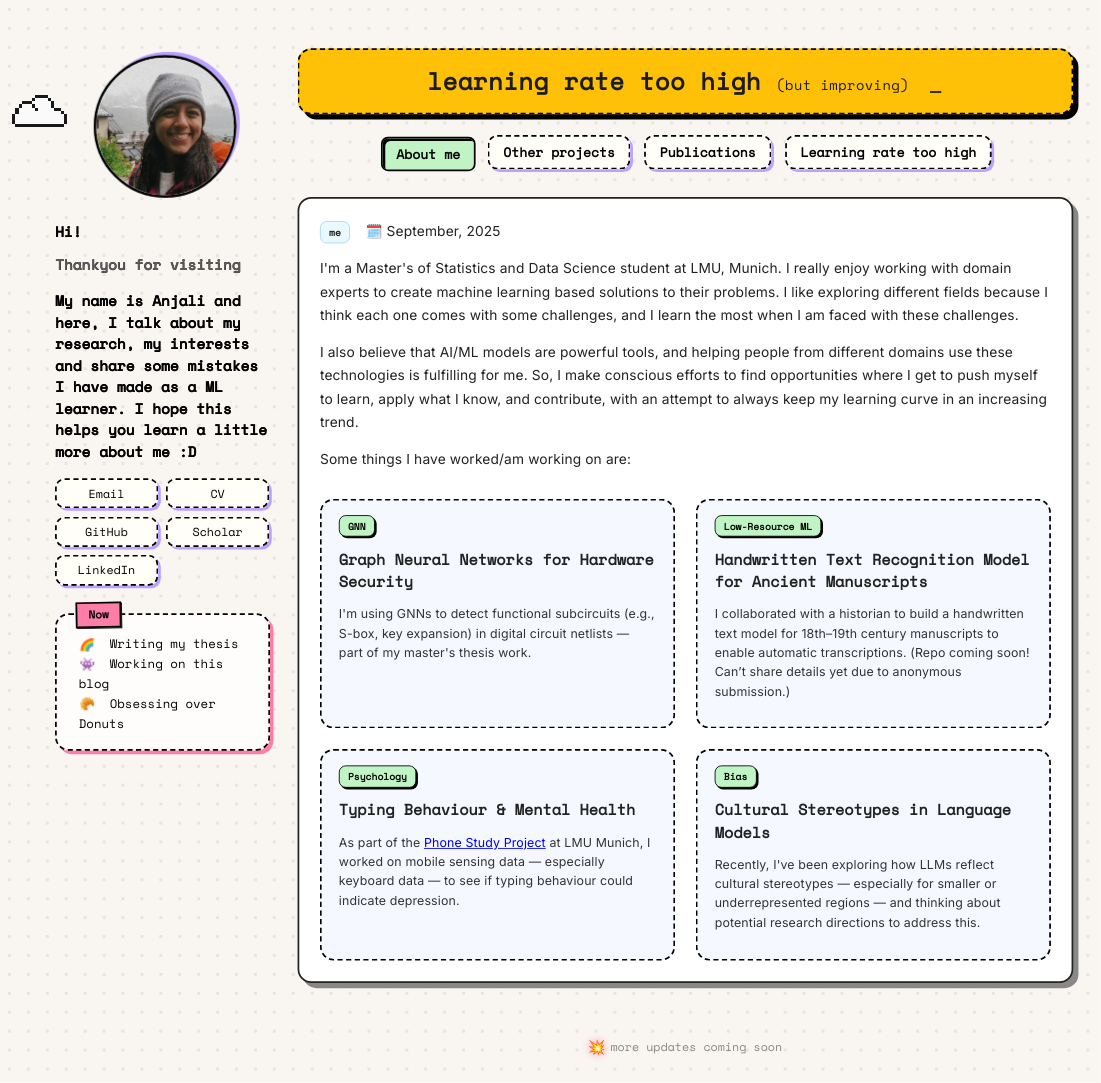
Repository: anjalisarawgi/learning_rate_too_high
Page: index.html
The author's editor kept a copy of each file at every save. The page is drawn from the files as they stood at one save, then again after the next save.
The browser window is 1280 px wide. The pictures show the whole page, at 86% of full size.

Above is the page before, as saved 2025-11-04 15:04:46.

### index.html
<!DOCTYPE html>
<html lang="en">
<head>
  <meta charset="UTF-8" />
  <meta name="viewport" content="width=device-width, initial-scale=1.0" />
  <meta name="title" content="Learning Rate Too High – Machine Learning Mistakes by Anjali Sarawgi">
  <meta name="description" content="A lighthearted blog documenting my ML experiments, mistakes, and lessons learned.">
  <meta name="author" content="Anjali Sarawgi">
  <meta name="robots" content="index, follow">
  <link rel="canonical" href="https://anjalisarawgi.github.io/learning_rate_too_high/">
  <title>learning rate too high</title>
  <!-- <link href="https://fonts.googleapis.com/css2?family=Space+Mono&family=Press+Start+2P&display=swap" rel="stylesheet"> -->
  <link href="https://fonts.googleapis.com/css2?family=Space+Mono&family=Press+Start+2P&family=Inter&display=swap" rel="stylesheet">
  <style>
    body {
      font-family: 'Space Mono', monospace;
      background-color: #F9F6F2;
      margin: 0;
      padding: 2rem;
      /* background-image: radial-gradient(#ebe9e9 2px, transparent 1px); */
      /* background-image: radial-gradient(#E0DBD2 2px, transparent 2px); */
      /* background-size: 22px 22px; */
      background-image: radial-gradient(#E8E4DE 2px, transparent 2px);
  background-size: 22px 22px;
    }

    header {
      background: #FFC107;
      color: #1C1C1C;
      padding: 1rem 2rem;
      font-size: 1.75rem;
      font-weight: 700;
      font-family: 'Space Mono', monospace;
      border: 2px dashed #000;
      border-radius: 1rem;
      box-shadow: 6px 6px 0 #000;
      max-width: 900px;
      margin: 1.5rem auto;
      text-align: center;
      letter-spacing: 0.5px;
      transition: all 0.2s ease;

    }

    .cursor {
      display: inline-block;
      margin-left: 0.3rem;
      animation: blink 1s steps(2, start) infinite;
      font-weight: 400;
    }

    @keyframes blink {
      to {
        visibility: hidden;
      }
    }

    nav {
      display: flex;
      justify-content: center;
      gap: 2rem;
      margin: 1.5rem 0;
      flex-wrap: wrap;
    }

    nav a {
  text-decoration: none;
  color: #000;
  font-weight: bold;
  border-bottom: 2px dashed #000;
  padding: 0.25rem 0.5rem;
  transition: all 0.2s ease;
}

nav a:hover {
  background: #A9E6AE; /* slightly darker green */
  border-radius: 0.5rem;
  transform: scale(1.05);
}

nav a.active {
  background: #C1F4C5; /* light green */
  border-radius: 0.5rem;
  font-weight: 700;
  box-shadow: inset 0 -2px 4px rgba(0,0,0,0.1);
}

    .card {
      background: #fff;
      border: 2px solid #222;
      border-radius: 1rem;
      box-shadow: 6px 6px 0 #888;
      padding: 1.5rem;
      margin: 2rem auto;
      max-width: 900px;
      transition: all 0.2s ease;


    }

    /* .card:hover {
      box-shadow: 8px 8px 0 #aaa;
      transform: translate(-2px, -2px);
    } */

    .card h2 {
      margin-top: 0;
      color: #222;
    }

    .card small {
      color: #555;
    }

    .tag {
      display: inline-block;
      background: #EAF8FF;
      color: #1C1C1C;
      border: 1px solid #A1D8FF;
      font-size: 0.7rem;
      font-weight: bold;
      padding: 0.2rem 0.6rem;
      margin-right: 0.5rem;
      border-radius: 0.5rem;
    }

    .footer-cta {
      text-align: center;
      margin-top: 4rem;
      font-size: 1rem;
    }


/*
.now-block:hover {
  transform: translate(-2px, -2px);
  box-shadow: 6px 6px 0 #ffccb6;
  background: #fff4f0;
} */
    footer {
      text-align: center;
      margin-top: 4rem;
      color: #888;
      font-size:
       0.85rem;
    }

    .intro-bold {
      font-weight: 700;
      font-size: 1.05rem;
      /* color: #111; */
      text-shadow: 0.1px 0.1px #111
    }
    .cute-photo {
  width: 160px;
  height: 160px;
  object-fit: cover;
  border: 3px solid #000;
  box-shadow: 4px 4px 0 #bca2ff;
  /* box-shadow: 4px 4px 0 #a2d2ff; soft blue shadow */
    /* box-shadow: 4px 4px 0 #f4a7a0; pastel red shadow */
  background-color: #fff8e1;
  background: radial-gradient(circle at 30% 30%, #fff8e1 0%, #f2e3ff 80%);
  border-radius: 50%;
  margin: 0 auto 1.5rem auto;
  display: block;

  /* Proper flower mask pattern */
  mask: radial-gradient(circle at center, black 60%, transparent 61%)
        repeat-conic-gradient(black 0deg 20deg, transparent 20deg 40deg);
  -webkit-mask: radial-gradient(circle at center, black 60%, transparent 61%)
                repeat-conic-gradient(black 0deg 20deg, transparent 20deg 40deg);
  mask-composite: intersect;
  -webkit-mask-composite: destination-in;

  transition: transform 0.3s ease;
  transform: rotate(-90deg);
}

.pumpkin-mascot {
  position: fixed;
  bottom: 20px;
  right: 20px;
  width: 60px;
  image-rendering: pixelated; /* keeps that crisp pixel look */
  z-index: 1000;
  transition: transform 0.3s ease;
}
.pumpkin-mascot:hover {
  transform: rotate(8deg) scale(1.1);
}


.profile-photo {
  position: relative;
  z-index: 2;  /* photo stays in front */
  width: 200px; /* adjust to your photo size */
  border-radius: 12px;
}

.photo-container {
  position: relative;
  width: 160px;      /* match your photo size */
  height: 160px;
  margin: 0 auto 2rem auto;
}

.cute-photo {
  position: relative;
  z-index: 2;         /* bring photo above */
  width: 160px;
  height: 160px;
  object-fit: cover;
  border: 3px solid #000;
  box-shadow: 4px 4px 0 #bca2ff;
  background-color: #fff8e1;
  background: radial-gradient(circle at 30% 30%, #fff8e1 0%, #f2e3ff 80%);
  border-radius: 50%;
  display: block;
  margin: 0 auto;
  transition: transform 0.3s ease;
  transform: rotate(-90deg);
}

.cloud-behind {
  position: absolute;
  top: 20px;
  left: -100px;
  width: 120px;
  z-index: 1;          /* this ensures it’s BEHIND the photo */
  image-rendering: pixelated;
  animation: floatCloud 18s ease-in-out infinite;
  opacity: 0.8;
  pointer-events: none; /* prevents blocking clicks on the photo */
}

@keyframes floatCloud {
  0% {
    transform: translateX(-60px);
    opacity: 0.6;
  }
  25% {
    transform: translateX(0);
    opacity: 0.9;
  }
  50% {
    transform: translateX(60px);
    opacity: 0.9;
  }
  75% {
    transform: translateX(0);
    opacity: 0.8;
  }
  100% {
    transform: translateX(-60px);
    opacity: 0.6;
  }
}


.emoji {
  display: inline-block;
  animation: emojiWiggle 1.5s infinite ease-in-out;
  transform-origin: center;
}

@keyframes emojiWiggle {
  0%, 100% {
    transform: rotate(0deg);
  }
  25% {
    transform: rotate(8deg);
  }
  50% {
    transform: rotate(-8deg);
  }
  75% {
    transform: rotate(4deg);
  }
}

.cute-photo:hover {
  box-shadow: 0 0 10px rgba(188, 162, 255, 0.4);
  transform: scale(1.05);
}
    /* .cute-photo:hover {
  transform: rotate(2deg) scale(1.05);
  transition: all 0.3s ease;
} */
    /* Make text inside .card paragraphs and lists use Inter instead of Space Mono */
/* Card body text with smaller, cleaner font */
.card p,
.card li,
.card small {
  font-family: 'Inter', sans-serif;
  font-size: 1rem;           /* ↑ from 0.85rem */
  line-height: 1.7;          /* better readability */
  color: #222;               /* darker text for contrast */
  letter-spacing: 0.01rem;   /* subtle polish */
}

/* Card headings stay Space Mono */
.card h2 {
  font-family: 'Space Mono', monospace;
  font-size: 1.3rem;         /* Optional: Slightly smaller heading too */
}
ul li {
  margin-bottom: 0.7rem; /* adjust value as needed */
  line-height: 1.6; /* optional: improves readability */
}
.project-card {
  background: #F5F9FF;
  border: 2px dashed #000;
  border-radius: 1rem;
  /* box-shadow: 2px 2px 0 #000; */
  padding: 1rem 1.25rem;
  margin: 0;
  transition: all 0.25s ease;
}


.project-card:hover {
  transform: translate(-2px, -2px);
  box-shadow: 4px 4px 0 #666;
  background: #eff5ff;
}

.project-card h4 {
  font-family: 'Space Mono', monospace;
  font-size: 1.1rem;
  margin: 0.4rem 0;
  color: #222;
}

.project-card p {
  font-family: 'Inter', sans-serif;
  font-size: 0.9rem;
  line-height: 1.55;
  color: #333;
}

.project-card .tag {
  display: inline-block;
  background: #C1F4C5;
  border: 1px solid #000;
  border-radius: 0.5rem;
  font-size: 0.7rem;
  font-weight: bold;
  padding: 0.2rem 0.6rem;
  margin-bottom: 0.4rem;
  color: #000;
  box-shadow: 2px 2px 0 #000;
}

.projects-section {
  display: grid;
  grid-template-columns: repeat(auto-fit, minmax(320px, 1fr));
  gap: 1.5rem;
  margin-top: 2rem;
}
.projects-section h3 {
  font-family: 'Space Mono', monospace;
  font-size: 1.2rem;
  margin-top: 2rem;
  color: #222;
  text-shadow: 1px 1px #fff;
}

footer .boom {
  display: inline-block;
  animation: boomPulse 2s infinite;
  filter: drop-shadow(0 0 4px rgba(255, 0, 0, 0.4));
}

@keyframes boomPulse {
  0%, 100% { transform: scale(1); }
  50% { transform: scale(1.2); }
}

.contact-links {
  display: flex;
  flex-wrap: wrap;
  gap: 0.6rem;
  margin: 1.2rem 0;
}

.contact-links a {
  display: inline-block;
  text-decoration: none;
  color: #000;
  background: #fffef7;
  border: 2px dashed #000;
  border-radius: 0.7rem;
  padding: 0.35rem 0.8rem;
  font-family: 'Space Mono', monospace;
  font-size: 0.85rem;
  box-shadow: 3px 3px 0 #bca2ff;
  transition: all 0.2s ease;
  text-align: center;
  min-width: 90px;
}

.contact-links a:hover {
  background: #C1F4C5;
  box-shadow: 4px 4px 0 #000;
  transform: translate(-2px, -2px);
}

.contact-links a span {
  margin-right: 0.4rem;
  font-size: 0.9rem;
  vertical-align: middle;
}
.now-block {
  position: relative;
  background: #fffdfc;
  border: 2px dashed #000;
  border-radius: 1rem;
  box-shadow: 4px 4px 0 #FB7DA8;
  padding: 1.4rem 1.6rem 1.2rem 1.6rem;
  margin-top: 2rem;
  font-family: 'Space Mono', monospace;
  font-size: 0.9rem;
  color: #000;
  transition: all 0.25s ease;
  max-width: 220px; /* keeps it compact */
}

/* .now-block:hover {
  transform: translate(-2px, -2px);
  box-shadow: 6px 6px 0 #000;
  background: #fff8e7;
} */

/* "Now" tab — fixed placement and better sizing */
.now-block::before {
  content: "Now";
  position: absolute;
  top: -0.9rem;
  left: 1.4rem;
  background: #FB7DA8;
  border: 2px solid #000;
  /* border-radius: 6px 6px 0 0; */
  padding: 0.2rem 0.8rem 0.25rem;
  font-size: 0.8rem;
  font-weight: bold;
  box-shadow: 1px 1px 0 #000;
  transform: rotate(-1deg);
}

/* List styling */
.now-block p {
  margin: 0;
  line-height: 1.6;
  text-align: left;
}

.now-block .emoji {
  margin-right: 0.5rem;
  display: inline-block;
  width: 1.2rem;
  text-align: center;
}

nav {
  display: flex;
  justify-content: center;
  gap: 1rem;
  margin: 1.5rem 0 2rem 0;
  flex-wrap: wrap;
}

nav a {
  position: relative;
  text-decoration: none;
  color: #000;
  background: #fffef7;
  border: 2px dashed #000;
  border-radius: 0.7rem;
  padding: 0.45rem 1rem;
  font-family: 'Space Mono', monospace;
  font-weight: 600;
  font-size: 0.95rem;
  box-shadow: 3px 3px 0 #bca2ff;
  transition: all 0.2s ease;
}

nav a:hover {
  background: #E0FFEA; /* subtle green tone */
  box-shadow: 4px 4px 0 #000;
  transform: translate(-2px, -2px);
}

nav a.active {
  background: #C1F4C5;
  border: 2px solid #000;
  box-shadow: inset 3px 3px 0 #000;
  transform: translate(2px, 2px);
}

/* Optional: little pixel spark animation on hover */
nav a::after {
  content: "✦";
  position: absolute;
  top: -8px;
  right: -10px;
  opacity: 0;
  transform: scale(0.5);
  transition: all 0.3s ease;
  font-size: 0.8rem;
}

nav a:hover::after {
  opacity: 1;
  transform: scale(1);
}
  </style>
</head>
<body>
  <div style="display: flex; max-width: 1400px; margin: 0 auto;">
    <aside style="width: 250px; padding: 2rem; font-family: 'Space Mono', monospace;">
      <!-- <img
      src="myphoto2.jpeg"
      alt="Anjali Sarawgi"
      class="cute-photo"> -->
      <div class="photo-container">
        <img src="cloud_image.png" alt="Cloud mascot" class="cloud-behind">
        <img src="myphoto2.jpeg" alt="Anjali photo" class="cute-photo">
      </div>
      <h2 class="intro-bold" style="margin-top: 0;">Hi!</h2>
      <h3 class="intro-bold" style="margin-top: 0; color: #5a5a5a;">Thankyou for visiting</h3>
      <p class="intro-bold">
        My name is <strong>Anjali</strong> and here, I talk about my research, my interests and share some mistakes I have made as a ML learner. I hope this helps you learn a little more about me :D
      </p>
      <div class="contact-links">
        <a href="mailto:anjali.sarawgi9@gmail.com">Email</a>
        <a href="cv.pdf" target="_blank">CV</a>
        <a href="https://github.com/anjalisarawgi" target="_blank">GitHub</a>
        <a href="https://scholar.google.com/citations?user=S54iOkAAAAAJ&hl=en" target="_blank">Scholar</a>
        <a href="https://www.linkedin.com/in/anjali-sarawgi/" target="_blank">LinkedIn</a>
      </div>
      <!-- <a href="mailto:anjali.sarawgi9@gmail.com" style="display: flex; align-items: center; gap: 0.4rem; text-decoration: none; color: #000;"> -->
        <!-- Email Icon -->
        <!-- <svg xmlns="http://www.w3.org/2000/svg" width="16" height="16" fill="currentColor" viewBox="0 0 24 24">
          <path d="M2 4h20v16H2V4zm2 2v.511l8 5.334 8-5.334V6H4zm0 2.489V18h16V8.489l-8 5.333-8-5.333z"/>
        </svg>
        <span>Email</span>
      </a> -->


      <!-- GitHub -->
      <!-- <a href="https://github.com/anjalisarawgi" target="_blank" style="display: flex; align-items: center; gap: 0.4rem; text-decoration: none; color: #000;">
        <svg xmlns="http://www.w3.org/2000/svg" width="16" height="16" fill="currentColor" viewBox="0 0 24 24">
          <path d="M12 0C5.37 0 0 5.37 0 12a12 12 0 008.21 11.43c.6.11.82-.26.82-.58v-2.02c-3.34.73-4.04-1.61-4.04-1.61-.55-1.38-1.35-1.75-1.35-1.75-1.1-.76.08-.74.08-.74 1.22.09 1.87 1.25 1.87 1.25 1.08 1.85 2.84 1.31 3.54 1 .11-.79.42-1.31.76-1.61-2.66-.3-5.47-1.33-5.47-5.91 0-1.31.47-2.38 1.24-3.22-.12-.3-.54-1.52.12-3.17 0 0 1-.32 3.29 1.23A11.45 11.45 0 0112 6.84c1.02.01 2.04.14 3 .42 2.29-1.55 3.29-1.23 3.29-1.23.66 1.65.24 2.87.12 3.17.77.84 1.24 1.91 1.24 3.22 0 4.6-2.82 5.61-5.5 5.91.43.37.81 1.09.81 2.21v3.27c0 .32.22.69.83.57A12 12 0 0024 12c0-6.63-5.37-12-12-12z"/>
        </svg>
        <span>GitHub</span>
      </a> -->



      <div class="now-block">
        <!-- <h3>Now</h3> -->
        <!-- <p>🌈 Writing my thesis<br>👾 Working on this blog <br>🥐 Obsessing over Donuts</p> -->
        <p>
          <span class="emoji">🌈</span> Writing my thesis<br>
          <span class="emoji">👾</span> Working on this blog<br>
          <span class="emoji">🥐</span> Obsessing over Donuts
        </p>
      </div>
    </aside>

    <main style="flex: 1;">
      <header>learning rate too high  <span style="font-size: 1rem; font-weight: 400;">(but improving)</span>
      <span class="cursor">_</span></header>
      <nav>
        <a href="#" data-tab="about" class="active" >About me</a>
        <a href="#" data-tab="other-projects">Other projects</a>
        <a href="#" data-tab="publications">Publications</a>
        <a href="#" data-tab="learning-rate-too-high">Learning rate too high</a>
        <!-- <a href="#" data-tab="loss-infinity">mistakes!</a> -->
        <!-- <a href="#" data-tab="raw-text">uncertainity?</a> -->
        <!-- <a href="#" data-tab="wrong-script">wrong script AGAIN!</a> -->
        <!-- <a href="#" data-tab="wrong-script">package version/s</a> -->
        <!-- <a href="#" data-tab="wrong-script">parameters are IMP</a> -->
        <!-- <a href="#" data-tab="wrong-script">some research directions i think of</a> -->
        <!-- <a href="#" data-tab="wrong-script">the data problem</a> -->

        <!-- <a href="#" data-tab="shuffled-labels">shuffled labels</a> -->
      </nav>

      <div class="card" data-tab-content="wrong-script" style="display: none;">
        <div class="tag">bug</div><div class="tag">torch</div>
        <h2>correct code ... wrong script in training</h2>
        <small>🗓️ May, 2025</small>
        <p>I trained a model. I tweaked layers. I changed the loss function. I cursed PyTorch.<br>Nothing changed.<br><br>Turns out, I was editing <code>train.py</code> in folder A and running <code>train.py</code> in folder B. The curse was me.</p>
      </div>

      <div class="card" data-tab-content="loss-infinity" style="display: none;">
        <div class="tag">loss</div><div class="tag">div/0</div>
        <h2>loss infinity</h2>
        <small>🗓️ Jul 10, 2025</small>
        <p>My model diverged so hard it reached theological questions.<br>Turns out I forgot to normalize the input. Again. And again. And again...</p>
      </div>

      <div class="card" data-tab-content="raw-text" style="display: none;">
        <div class="tag">gnn</div><div class="tag">raw text</div>
        <h2>raw text to GNN</h2>
        <small>🗓️ Jun 5, 2025</small>
        <p>I tried putting raw text directly into a GNN.<br>It screamed. I listened.<br>Don't do it.</p>
      </div>

      <div class="card" data-tab-content="shuffled-labels" style="display: none;">
        <div class="tag">labels</div><div class="tag">oops</div>
        <h2>shuffled labels</h2>
        <small>🗓️ May 18, 2025</small>
        <p>I shuffled my data and accidentally shuffled the labels *separately*.<br>The model got creative, but not in a good way.</p>
      </div>

      <div class="card" data-tab-content="about" style="display: block;">
        <div class="tag">me</div>
        <!-- <h2>About me</h2> -->
        <small>🗓️ September, 2025</small>
        <!-- <h2>Hi, I'm Anjali ✨</h2> -->
        <p>I'm a Master's  of Statistics and Data Science student at LMU, Munich. I really enjoy working with domain experts to create machine learning based solutions to their problems. I like exploring different fields because I think each one comes with some challenges, and I learn the most when I am faced with these challenges.        </p>
        <p>I also believe that AI/ML models are powerful tools, and helping people from different domains use these technologies is fulfilling for me. So, I make conscious efforts to find opportunities where I get to push myself to learn, apply what I know, and contribute, with an attempt to always keep my learning curve in an increasing trend.</p>
        <p>Some things I have worked/am working on are:</p>
        <div class="projects-section">
          <div class="project-card">
            <div class="tag">GNN</div>
            <h4>Graph Neural Networks for Hardware Security</h4>
            <p>
              I'm using GNNs to detect functional subcircuits (e.g., S-box, key expansion)
              in digital circuit netlists — part of my master's thesis work.
            </p>
          </div>

          <div class="project-card">
            <div class="tag">Low-Resource ML</div>
            <h4>Handwritten Text Recognition Model for Ancient Manuscripts</h4>
            <p>
              I collaborated with a historian to build a handwritten text model for
              18th–19th century manuscripts to enable automatic transcriptions.
              (Repo coming soon! Can’t share details yet due to anonymous submission.)
            </p>
          </div>

          <div class="project-card">
            <div class="tag">Psychology</div>
            <h4>Typing Behaviour & Mental Health</h4>
            <p>
              As part of the <a href="https://phonestudy.org/en/" target="_blank">Phone Study Project</a> at LMU Munich,
              I worked on mobile sensing data — especially keyboard data —
              to see if typing behaviour could indicate depression.
            </p>
          </div>

          <div class="project-card">
            <div class="tag">Bias</div>
            <h4>Cultural Stereotypes in Language Models</h4>
            <p>
              Recently, I've been exploring how LLMs reflect cultural stereotypes —
              especially for smaller or underrepresented regions —
              and thinking about potential research directions to address this.
            </p>
          </div>
        </div>

        <!-- <ul>
          <li><strong>Graph Neural Networks</strong> -> I am using GNNs to detect functional subcircuits (e.g., Sbox, key expansion) in digital circuit netlists. This is a part of my master's thesis.
          <li><strong>Low-Resource ML</strong> -> I collaborated with a historian to build a handwritten text model for 18th and 19th century manuscripts to enable automatic transcriptions (repo to be released soon!) [<i>cannot say alot about this since we have a anonymous conference submission</i>]
          <li><strong>Psycological Research</strong> -> At LMU, Munich, I worked for the Phone study project (https://phonestudy.org/en/), where they capture and study mobile sensing data for finding methods to understand the users mental health. Here, very interestingly I worked on the keyboard data, where I prepared the data, and created features to see if users typing behaviour can indicate depression.
          <li><strong>Cultural bias</strong> -> Very recently, I have been very intrigued with the cultural stereotypes most large language models capture, especially the smaller and less represented regions, and I have been trying to infer these behaviours to see for another possible research direction i could work on this winter of 2025.  -->
             <!-- Particularly, I am curious to evaluate how these models handle smaller or less represented regions, for example Nepal. I think it would be very interesting to see if we can identify and solve for the biases in the dataset it was trained on itself. -->
        <!-- </ul> -->
      </div>
      <footer>
        <span class="boom">💥</span> more updates coming soon
      </footer>
      <!-- <img src="Cloud.png" alt="Cloud mascot" class="cloud-mascot"> -->
    </main>
  </div>

  <!-- JS for tab switching -->
  <script>
    const tabs = document.querySelectorAll('nav a');
    const cards = document.querySelectorAll('[data-tab-content]');

    tabs.forEach(tab => {
      tab.addEventListener('click', (e) => {
        e.preventDefault();
        const target = tab.getAttribute('data-tab');

        // Hide all cards
        cards.forEach(card => {
          card.style.display = 'none';
        });

        // Remove 'active' class from all tabs
        tabs.forEach(t => t.classList.remove('active'));

        // Add 'active' to clicked tab
        tab.classList.add('active');

        // Show the matching card
        const activeCard = document.querySelector(`[data-tab-content="${target}"]`);
        if (activeCard) activeCard.style.display = 'block';
      });
    });
  </script>
</body>
</html>

After the next save:
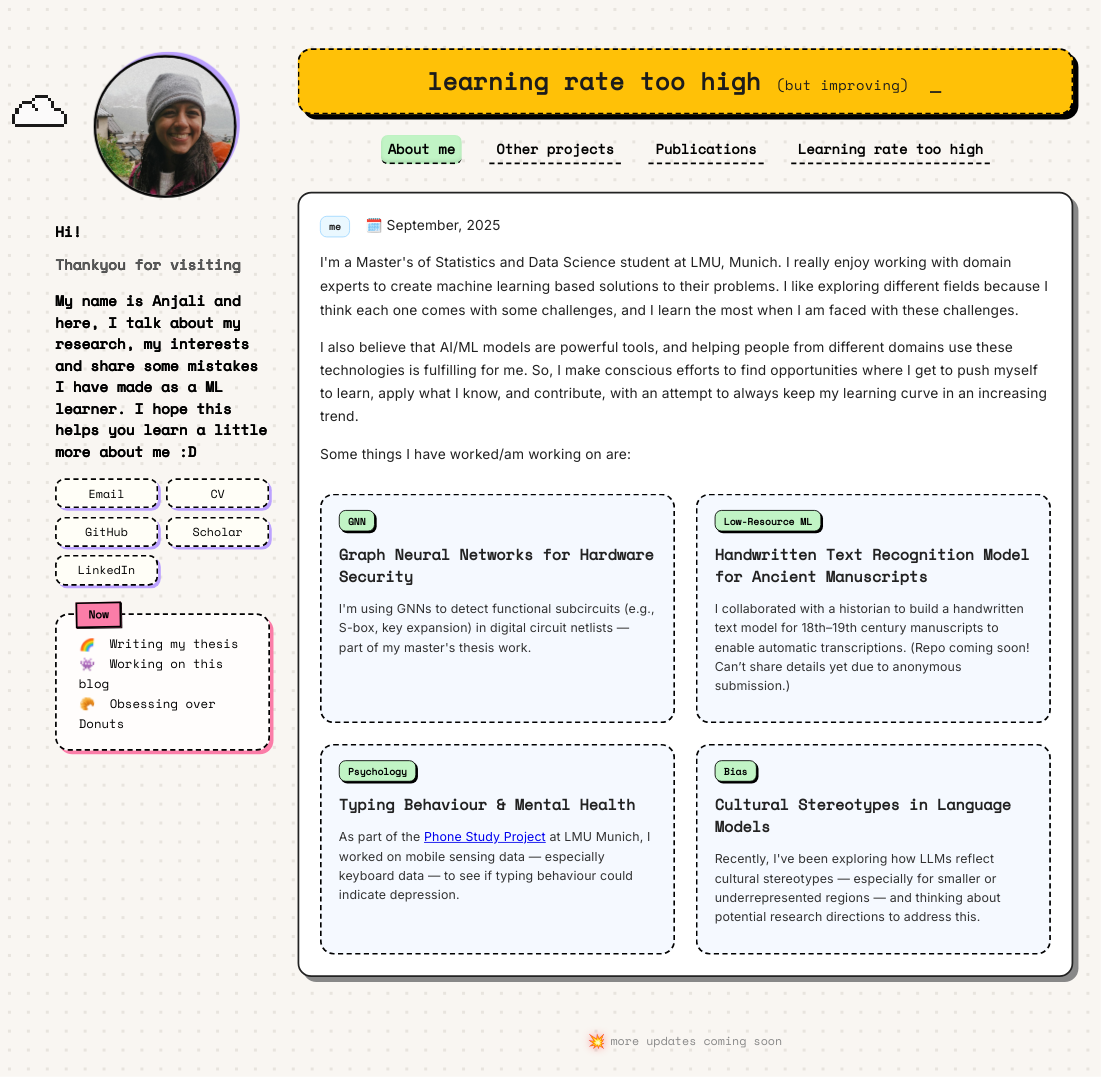
Saved 22 s later.
--- a/index.html
+++ b/index.html
@@ -462,58 +462,7 @@ footer .boom {
   text-align: center;
 }
 
-nav {
-  display: flex;
-  justify-content: center;
-  gap: 1rem;
-  margin: 1.5rem 0 2rem 0;
-  flex-wrap: wrap;
-}
-
-nav a {
-  position: relative;
-  text-decoration: none;
-  color: #000;
-  background: #fffef7;
-  border: 2px dashed #000;
-  border-radius: 0.7rem;
-  padding: 0.45rem 1rem;
-  font-family: 'Space Mono', monospace;
-  font-weight: 600;
-  font-size: 0.95rem;
-  box-shadow: 3px 3px 0 #bca2ff;
-  transition: all 0.2s ease;
-}
-
-nav a:hover {
-  background: #E0FFEA; /* subtle green tone */
-  box-shadow: 4px 4px 0 #000;
-  transform: translate(-2px, -2px);
-}
-
-nav a.active {
-  background: #C1F4C5;
-  border: 2px solid #000;
-  box-shadow: inset 3px 3px 0 #000;
-  transform: translate(2px, 2px);
-}
-
-/* Optional: little pixel spark animation on hover */
-nav a::after {
-  content: "✦";
-  position: absolute;
-  top: -8px;
-  right: -10px;
-  opacity: 0;
-  transform: scale(0.5);
-  transition: all 0.3s ease;
-  font-size: 0.8rem;
-}
-
-nav a:hover::after {
-  opacity: 1;
-  transform: scale(1);
-}
+
   </style>
 </head>
 <body>
